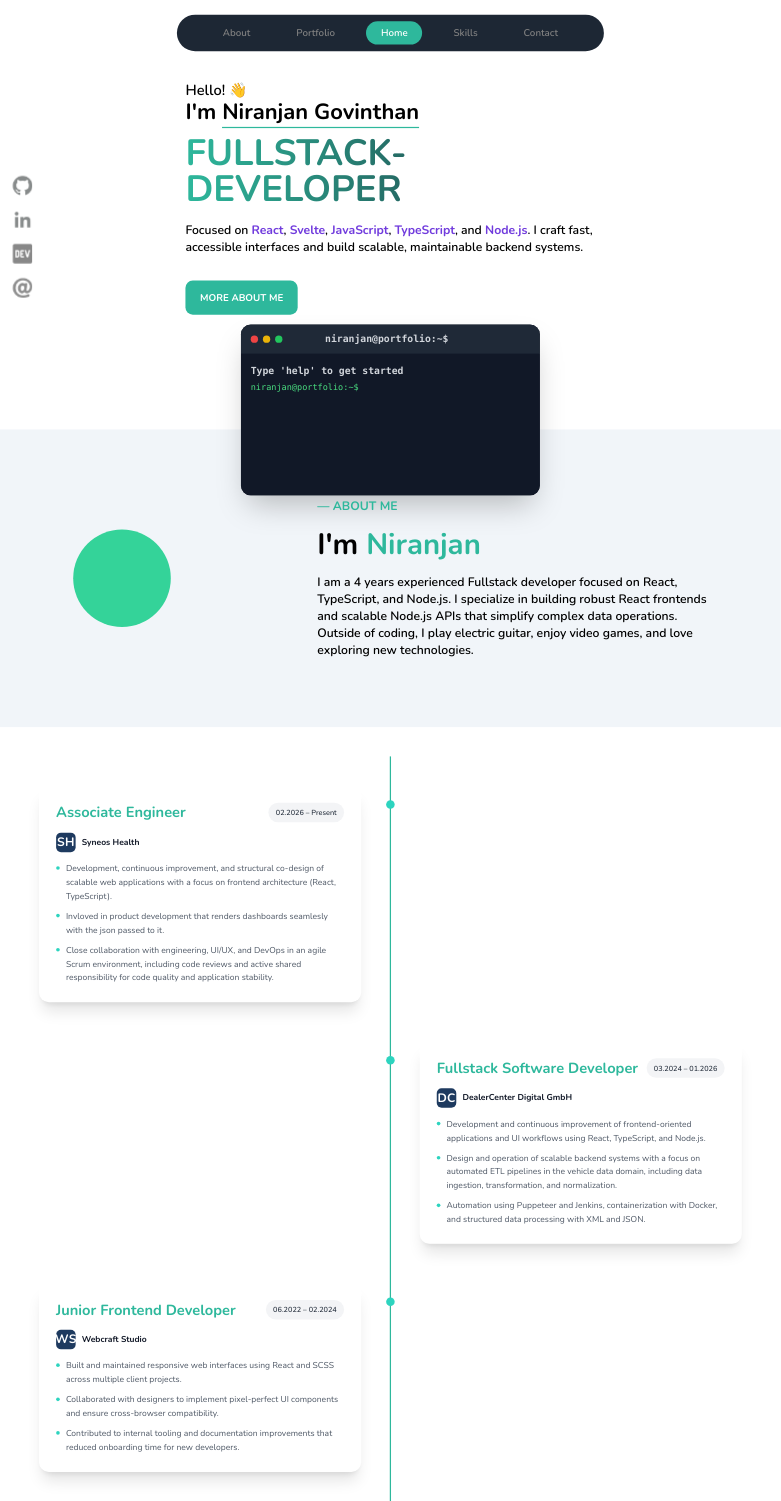
Repository: Niranjan-webdev/My-portfolio
Page: /
An editor plug-in stored every save of this project. The page is shown before and after the next save, followed by the edit.
The browser window is 1280 px wide. The pictures show the whole page, at 61% of full size.
The project was rebuilt for these pictures with package versions that can differ from the ones it lists, and the page was loaded fresh each time. Also part of the build but not shown: next.config.mjs.

Above is the page before, as saved 2026-03-21 12:17:13.

### src/index.css

body {

  margin: 0;
  font-family: "Nunito", sans-serif;
  -webkit-font-smoothing: antialiased;
  -moz-osx-font-smoothing: grayscale;
}

code {
  font-family: source-code-pro, Menlo, Monaco, Consolas, 'Courier New',
    monospace;
}

### src/App.js
import logo from './logo.svg';
import './App.css';
import { RiHeartFill } from '@remixicon/react'
import { Topnavbar, MainContainer } from './components';
// import Topnavbar from './components/Topnavbar';

function App() {
  return (
   <>
    <Topnavbar/>
    <MainContainer/>
   </>
  );
}

export default App;

### src/App.css
@import url('https://fonts.googleapis.com/css2?family=Fira+Code:wght@300..700&family=Nunito:ital,wght@0,200..1000;1,200..1000&display=swap');

@tailwind base;
@tailwind components;
@tailwind utilities;


.topbar__wrapper{
    @apply w-full flex justify-center
}
.topbar__content{
    @apply  py-2 bg-[#1d2734] mt-6 px-6 py-[18px] rounded-[30px] w-[700px]
}
.topbar__content ul {
   @apply flex justify-evenly
}
.topbar__content ul li{

}
.topbar__content ul li a{
    @apply  font-semibold py-2 px-6 rounded-full
}
/* .topbar__content ul li a:hover{
    @apply  text-lg
} */
.socialmedia__bar a img{
    @apply opacity-50
}
/* .burgerMenu span{
    @apply
} */

### src/components/index.js
export {default as Topnavbar} from "./Topnavbar"
export {default as MainContainer} from "./MainContainer"
export {default as Terminal} from "./terminal"
export {default as Timeline} from "./timeLine"
export {default as TimelineCard} from "./TimelineCard"

export {default as github} from "../assets/github-logo-dark.png"
export {default as linkedIn} from "../assets/linkedin-logo-dark.png"
export {default as DevTo} from "../assets/devto-logo-light.png"
export {default as mail} from "../assets/mail-logo-dark.5ab6061889d3fa3a24ef.png"

### src/components/Topnavbar.js
import { useState } from 'react'
import React from 'react'
import logo from '../assets/logo.svg'

function Topnavbar() {
    const [activeTab, setActiveTab] = useState('Home')
    const [isMenuOpen, setIsMenuOpen] = useState(false)

    const navItems = ['About', 'Portfolio', 'Home', 'Skills', 'Contact']

    const handleTabClick = (tabName) => {
        setActiveTab(tabName)
        console.log('Active tab changed to:', tabName)
    }
    const handleModal = () => {
        setIsMenuOpen(!isMenuOpen)
    }
    return (
        <>
            <div className='topbar__wrapper'>
                <nav className='topbar__content'>
                    <ul className=''>
                        {navItems.map((item) => (
                            <li key={item}>
                                <a
                                    onClick={() => handleTabClick(item)}
                                    className={`cursor-pointer transition-colors duration-200 ${activeTab === item
                                            ? 'bg-[#2eb89c] text-white font-semibold px-4 py-2 rounded'
                                            : 'text-[#808080] hover:text-[#2eb89c] px-4 py-2'
                                        }`}
                                >
                                    {item}
                                </a>
                            </li>
                        ))}
                    </ul>
                </nav>
            </div>
           {/* <div className='responsive__topbar fixed bg-white z-50'>
                <button className='burgerMenu fixed right-10 top-10 flex flex-col gap-[3px]'
                onClick={handleModal}>
                    <span className={`px-[12px] py-[2px] bg-black w-full rounded transition-transform duration-300
                      ${  isMenuOpen? 'rotate-45 translate-y-1.5' : ''
                    }`}
                   ></span>
                    <span className={`px-[12px] py-[2px] bg-black w-full rounded
                         ${  isMenuOpen? 'opacity-0' : ''
                }`}></span>
                    <span className={`px-[12px] py-[2px] bg-black w-full rounded transition-transform duration-300
                      ${  isMenuOpen? '-rotate-45 -translate-y-1.5' : ''
                    }`}></span>
                </button>
                <ul className={`responsive__content h-screen w-screen flex flex-col items-center justify-evenly
                ${isMenuOpen ? 'h-screen opacity-100' : 'max-h-0 opacity-0'}`}>
                {navItems.map((item) => (
                            <li key={item}>
                                <a
                                    onClick={() => handleTabClick(item)}
                                    className={"text-2xl font-bold"}>
                                    {item}
                                </a>
                            </li>
                        ))}
                </ul>
            </div>  */}
        </>
    )
}

export default Topnavbar

### src/components/MainContainer.js
import React from 'react'
import hero from '../assets/hero.png'
import logoOutline from '../assets/logo-outline.svg'
import dotcircles from '../assets/dotcircles.svg'
import { Terminal, github, linkedIn, mail, DevTo } from "./index"
import TimeLine from './timeLine'
// import OwlCarousel from 'react-owl-carousel';
// import 'owl.carousel/dist/assets/owl.carousel.css';
// import 'owl.carousel/dist/assets/owl.theme.default.css';

function MainContainer() {
    return (
        <>
            {/* Hero Banner start */}
            <section className='w-full'>
                {/* Social media bar */}
                <div className='socialmedia__bar ml-[1.3rem] fixed top-[40%] flex md:flex-col flex-col gap-6 w-[32px]'>
                    <a><img src={github} /></a>
                    <a><img src={linkedIn} /></a>
                    <a><img src={DevTo} /></a>
                    <a><img src={mail} /></a>
                </div>
                {/* Social media bar */}
                <div className='hero__banner h-[calc(100vh-100px)] flex items-center justify-around px-[5rem] py-[3rem] md:flex flex-wrap gap-4'>
                    <div className='banner__content w-3/5'>
                        <h4 className='text-2xl font-semibold'>Hello! 👋</h4>
                        <h2 className='text-4xl mb-4 font-bold'>I'm <span className='border-b-2 border-[#2eb89c]'>Niranjan Govinthan</span></h2>
                        <h1 className='text-6xl mb-6 font-bold bg-gradient-to-r from-[#2eb89c] to-[#1d2734] text-transparent bg-clip-text'>FULLSTACK-DEVELOPER</h1>
                        <p className='text-xl mb-10 font-semibold'>Focused on  <span className='text-[#713cdd] font-bold'>React</span>,  <span className='text-[#713cdd] font-bold'>Svelte</span>, <span className='text-[#713cdd] font-bold'>JavaScript</span>, <span className='text-[#713cdd] font-bold'>TypeScript</span>, and <span className='text-[#713cdd] font-bold'>Node.js</span>. I craft fast, accessible interfaces and build scalable, maintainable backend systems.</p>
                        <button className='py-4 px-6 bg-[#2eb89c] hover:bg-[#79cdb9] rounded-[12px] text-white text-base font-bold'>MORE ABOUT ME</button>
                    </div>
                    <Terminal />
                </div>
            </section>
            {/* Hero Banner end */}

            {/* About me */}
            <section className=' about__me flex bg-[#f1f5f9]'>
                <div className='about__container w-full py-[7rem] flex items-center justify-around'>
                    <div className='profile'>
                        <div className='p-20 rounded-full bg-emerald-400'></div>
                    </div>
                    <div className='about__content w-1/2'>
                        <h4 className='text-xl font-bold text-[#2eb89c] mb-6'>— ABOUT ME</h4>
                        <h2 className='text-5xl text-[#2eb89c] mb-6 font-bold'><span className='text-black'>I'm</span> Niranjan</h2>
                        <p className='text-xl font-[600]'>I am a 4 years experienced Fullstack developer focused on React, TypeScript, and Node.js. I specialize in building robust React frontends and scalable Node.js APIs that simplify complex data operations. Outside of coding, I play electric guitar, enjoy video games, and love exploring new technologies.</p>
                    </div>
                </div>

            </section>
            <TimeLine/>
            {/* About me */}
        </>
    )
}

export default MainContainer

### src/components/terminal.js
import React, { useState, useEffect, useRef } from 'react';

const Terminal = () => {
  const [input, setInput] = useState('');
  const [history, setHistory] = useState([
    { type: 'output', content: "Type 'help' to get started" }
  ]);
  const [currentPath, setCurrentPath] = useState('~');
  const [commandHistory, setCommandHistory] = useState([]);
  const [historyIndex, setHistoryIndex] = useState(-1);
  const inputRef = useRef(null);
  const terminalRef = useRef(null);

  // Sample file system structure
  const fileSystem = {
    '~': {
      type: 'directory',
      contents: {
        'projects': {
          type: 'directory',
          contents: {
            'portfolio': { type: 'directory', contents: {} },
            'blog': { type: 'directory', contents: {} },
            'README.md': { type: 'file', content: 'Welcome to my projects!' }
          }
        },
        'documents': {
          type: 'directory',
          contents: {
            'resume.pdf': { type: 'file', content: 'Resume file' },
            'notes.txt': { type: 'file', content: 'Personal notes' }
          }
        },
        'about.txt': { type: 'file', content: 'Full-stack developer passionate about creating amazing web experiences.' }
      }
    }
  };

  // Available commands
  const commands = {
    help: () => [
      'Available commands:',
      '  help     - Show this help message',
      '  clear    - Clear the terminal',
      '  ls       - List directory contents',
      '  cd       - Change directory',
      '  cat      - Display file contents',
      '  pwd      - Show current directory',
      '  whoami   - Display user information',
      '  date     - Show current date',
      '  echo     - Display text',
      '  about    - About me',
      '  skills   - My technical skills',
      '  contact  - Contact information'
    ],
    clear: () => {
      setHistory([]);
      return [];
    },
    ls: () => {
      const currentDir = getCurrentDirectory();
      if (currentDir && currentDir.contents) {
        return Object.keys(currentDir.contents).map(item => {
          const itemObj = currentDir.contents[item];
          return itemObj.type === 'directory' ? `📁 ${item}/` : `📄 ${item}`;
        });
      }
      return ['Directory not found'];
    },
    pwd: () => [currentPath],
    whoami: () => ['niranjan-dev'],
    date: () => [new Date().toString()],
    about: () => [
      'Hi! I\'m Niranjan, a Full-stack Developer',
      'Focused on JavaScript, Svelte, React, and Node.js',
      'I craft fast, accessible interfaces and build scalable,',
      'maintainable backend systems.',
      '',
      'Currently exploring new technologies and building',
      'innovative web solutions.'
    ],
    skills: () => [
      'Technical Skills:',
      '• Frontend: Svelte, React, TypeScript, JavaScript, HTML5, CSS3',
      '• Backend: Node.js, Express',
      '• Database: MongoDB',
      '• Tools: Git, Linux',
    ],
    contact: () => [
      'Get in touch:',
      '• Email: niranjan.g2k@gmail.com',
      '• GitHub: github.com/niranjanUidev',
      '• LinkedIn: linkedin.com/in/niranjan-dev',
      '• Website: niranjan-dev.de'
    ]
  };

  const getCurrentDirectory = () => {
    const pathParts = currentPath.split('/').filter(part => part !== '');
    let current = fileSystem['~'];

    for (const part of pathParts) {
      if (part === '~') continue;
      if (current.contents && current.contents[part]) {
        current = current.contents[part];
      } else {
        return null;
      }
    }
    return current;
  };

  const processCommand = (cmd) => {
    const trimmedCmd = cmd.trim();
    if (!trimmedCmd) return;

    const [command, ...args] = trimmedCmd.split(' ');

    // Add to command history
    setCommandHistory(prev => [...prev, trimmedCmd]);
    setHistoryIndex(-1);

    // Add command to history display
    setHistory(prev => [...prev, { type: 'command', content: `> ${trimmedCmd}` }]);

    if (commands[command]) {
      const result = commands[command](args);
      if (result.length > 0) {
        setHistory(prev => [...prev, { type: 'output', content: result }]);
      }
    } else if (command === 'echo') {
      setHistory(prev => [...prev, { type: 'output', content: [args.join(' ')] }]);
    } else if (command === 'cat') {
      const filename = args[0];
      const currentDir = getCurrentDirectory();
      if (currentDir && currentDir.contents && currentDir.contents[filename]) {
        const file = currentDir.contents[filename];
        if (file.type === 'file') {
          setHistory(prev => [...prev, { type: 'output', content: [file.content] }]);
        } else {
          setHistory(prev => [...prev, { type: 'output', content: [`cat: ${filename}: Is a directory`] }]);
        }
      } else {
        setHistory(prev => [...prev, { type: 'output', content: [`cat: ${filename}: No such file or directory`] }]);
      }
    } else if (command === 'cd') {
      const dir = args[0] || '~';
      if (dir === '~') {
        setCurrentPath('~');
      } else if (dir === '..') {
        const pathParts = currentPath.split('/').filter(part => part !== '');
        pathParts.pop();
        setCurrentPath(pathParts.length > 0 ? pathParts.join('/') : '~');
      } else {
        const currentDir = getCurrentDirectory();
        if (currentDir && currentDir.contents && currentDir.contents[dir] && currentDir.contents[dir].type === 'directory') {
          setCurrentPath(currentPath === '~' ? dir : `${currentPath}/${dir}`);
        } else {
          setHistory(prev => [...prev, { type: 'output', content: [`cd: ${dir}: No such file or directory`] }]);
        }
      }
    } else {
      setHistory(prev => [...prev, { type: 'output', content: [`Command not found: ${command}. Type 'help' for available commands.`] }]);
    }
  };

  const handleKeyDown = (e) => {
    if (e.key === 'Enter') {
      e.preventDefault();
      processCommand(input);
      setInput('');
    } else if (e.key === 'ArrowUp') {
      e.preventDefault();
      if (commandHistory.length > 0) {
        const newIndex = historyIndex === -1 ? commandHistory.length - 1 : Math.max(0, historyIndex - 1);
        setHistoryIndex(newIndex);
        setInput(commandHistory[newIndex]);
      }
    } else if (e.key === 'ArrowDown') {
      e.preventDefault();
      if (historyIndex !== -1) {
        const newIndex = historyIndex + 1;
        if (newIndex >= commandHistory.length) {
          setHistoryIndex(-1);
          setInput('');
        } else {
          setHistoryIndex(newIndex);
          setInput(commandHistory[newIndex]);
        }
      }
    }
  };

  const handleTerminalClick = () => {
    inputRef.current?.focus();
  };

  useEffect(() => {
    if (terminalRef.current) {
      terminalRef.current.scrollTop = terminalRef.current.scrollHeight;
    }
  }, [history]);

  useEffect(() => {
    inputRef.current?.focus();
  }, []);

  return (
    <div className="w-full max-w-[490px] max-h-[280px] bg-gray-900 rounded-[16px] shadow-2xl overflow-hidden">
      {/* Terminal Header */}
      <div className="bg-gray-800 px-4 py-3 flex items-center justify-between">
        <div className="flex items-center space-x-2">
          <div className="w-3 h-3 bg-red-500 rounded-full"></div>
          <div className="w-3 h-3 bg-yellow-500 rounded-full"></div>
          <div className="w-3 h-3 bg-green-500 rounded-full"></div>
        </div>
        <div className="text-gray-300 text-base font-bold font-mono">
          niranjan@portfolio:~$
        </div>
        <div className="w-16"></div>
      </div>

      {/* Terminal Content */}
      <div
        ref={terminalRef}
        className="bg-gray-900 text-green-400 font-mono text-sm p-4 h-96 cursor-text overflow-y-auto"
        onClick={handleTerminalClick}
      >
        {history.map((item, index) => (
          <div key={index} className="mb-1">
            {item.type === 'command' ? (
              <div className="text-green-500 text-base font-bold">{item.content}</div>
            ) : (
              <div className="text-gray-300 text-base font-bold">
                {Array.isArray(item.content) ? (
                  item.content.map((line, lineIndex) => (
                    <div key={lineIndex}>{line}</div>
                  ))
                ) : (
                  <div>{item.content}</div>
                )}
              </div>
            )}
          </div>
        ))}

        {/* Input Line */}
        <div className="flex items-center">
          <span className="text-green-400 mr-2">
            niranjan@portfolio:{currentPath}$
          </span>
          <input
            ref={inputRef}
            type="text"
            value={input}
            onChange={(e) => setInput(e.target.value)}
            onKeyDown={handleKeyDown}
            className="flex-1 bg-transparent text-green-400 outline-none font-mono"
            autoComplete="off"
            spellCheck="false"
          />
          {/* <span className="text-green-400 animate-pulse">█</span> */}
        </div>
      </div>
    </div>
  );
};

export default Terminal;

### src/components/timeLine.js
import React from 'react';
import TimelineCard from './TimelineCard';

const timelineData = [
  {
    date: '02.2026 – Present',
    title: 'Associate Engineer',
    company: 'Syneos Health',
    companyInitials: 'SH',
    bullets: [
      'Development, continuous improvement, and structural co-design of scalable web applications with a focus on frontend architecture (React, TypeScript).',
      'Invloved in product development that renders dashboards seamlesly with the json passed to it.',
      'Close collaboration with engineering, UI/UX, and DevOps in an agile Scrum environment, including code reviews and active shared responsibility for code quality and application stability.',
    ],
    side: 'left',
  },
  {
    date: '03.2024 – 01.2026',
    title: 'Fullstack Software Developer',
    company: 'DealerCenter Digital GmbH',
    companyInitials: 'DC',
    bullets: [
      'Development and continuous improvement of frontend-oriented applications and UI workflows using React, TypeScript, and Node.js.',
      'Design and operation of scalable backend systems with a focus on automated ETL pipelines in the vehicle data domain, including data ingestion, transformation, and normalization.',
      'Automation using Puppeteer and Jenkins, containerization with Docker, and structured data processing with XML and JSON.',
    ],
    side: 'right',
  },
  {
    date: '06.2022 – 02.2024',
    title: 'Junior Frontend Developer',
    company: 'Webcraft Studio',
    companyInitials: 'WS',
    bullets: [
      'Built and maintained responsive web interfaces using React and SCSS across multiple client projects.',
      'Collaborated with designers to implement pixel-perfect UI components and ensure cross-browser compatibility.',
      'Contributed to internal tooling and documentation improvements that reduced onboarding time for new developers.',
    ],
    side: 'left',
  },
];

function TimeLine() {
  return (
    <div className="relative w-full py-12 mt-[3rem] px-[4rem]">
      {/* Central vertical line */}
      <div className="absolute left-1/2  top-0 bottom-0 w-[2px] bg-[#2eb89c] -translate-x-1/2" />

      <div className="flex flex-col gap-16 relative">
        {timelineData.map((item, i) => (
          <TimelineCard key={i} item={item} />
        ))}
      </div>
    </div>
  );
}

export default TimeLine;

### src/components/TimelineCard.js
import React from 'react';

function TimelineCard({ item }) {
    const isLeft = item.side === 'left';

    const Card = (
      <div className="bg-white rounded-2xl p-7 shadow-xl hover:shadow-2xl transition-shadow duration-200">
        {/* Header: title + date badge */}
        <div className="flex items-start justify-between gap-3 flex-wrap mb-4">
          <h3 className="text-[#2eb89c] font-bold text-2xl leading-snug m-0">
            {item.title}
          </h3>
          <span className="bg-gray-100 text-gray-800 text-xs font-medium px-3 py-2 rounded-full whitespace-nowrap shrink-0">
            {item.date}
          </span>
        </div>

        {/* Company */}
        <div className="flex items-center gap-2.5 mb-4">
          <div className="w-8 h-8 rounded-lg bg-[#1e3a5f] text-white text-[20px] font-bold flex items-center justify-center tracking-wide shrink-0">
            {item.companyInitials}
          </div>
          <span className="text-sm font-bold text-gray-900">{item.company}</span>
        </div>

        {/* Bullets */}
        <ul className="flex flex-col gap-2.5 p-0 m-0 list-none">
          {item.bullets.map((b, i) => (
            <li key={i} className="flex gap-2.5 text-sm text-gray-600 leading-relaxed">
              <span className="w-1.5 h-1.5 rounded-full bg-[#2dd4bf] shrink-0 mt-[7px]" />
              <span>{b}</span>
            </li>
          ))}
        </ul>
      </div>
    );

    return (
      <div className="grid grid-cols-[1fr_48px_1fr] items-start relative">
        {isLeft ? (
          <>
            <div className="pr-6">{Card}</div>
            <div className="flex justify-center pt-6 z-10">
            <div className="w-3.5 h-3.5 rounded-full bg-[#2dd4bf] shrink-0" />
            </div>
            <div />
          </>
        ) : (
          <>
            <div />
            <div className="flex justify-center pt-6 z-10">
            <div className="w-3.5 h-3.5 rounded-full bg-[#2dd4bf] shrink-0" />
            </div>
            <div className="pl-6">{Card}</div>
          </>
        )}
      </div>
    );
  }

  export default TimelineCard;

### tailwind.config.js
/** @type {import('tailwindcss').Config} */
module.exports = {
  content: [
    "./src/**/*.{js,jsx,ts,tsx}",
  ],
  theme: {
    container: {
      margin: "3rem",
    },
    extend: {},
  },
  plugins: [],
}

Loaded but not shown: public/index.html (common file); src/index.js (common file); src/reportWebVitals.js (common file)

After the next save:
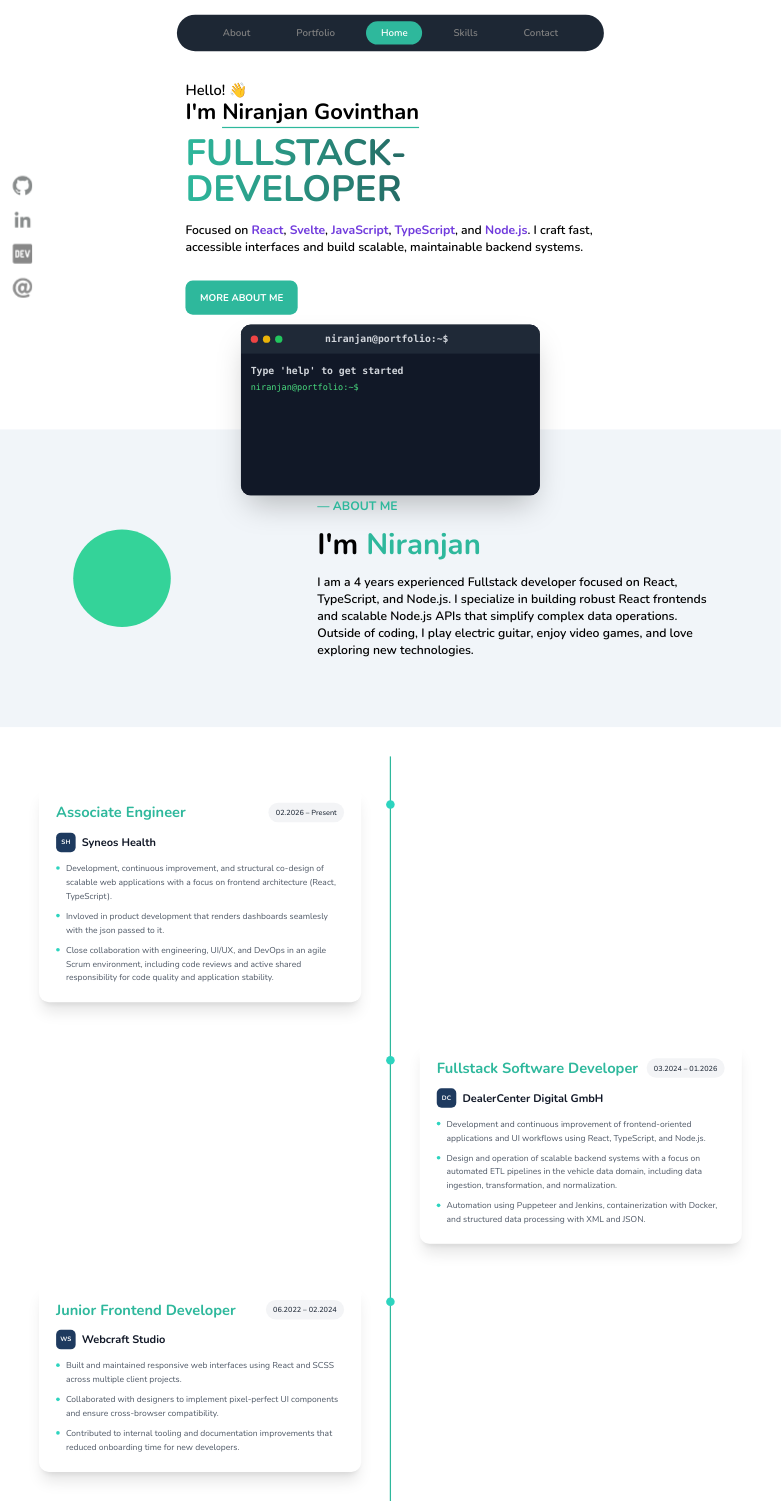
Saved 9 s later.
--- a/src/components/TimelineCard.js
+++ b/src/components/TimelineCard.js
@@ -17,10 +17,10 @@ function TimelineCard({ item }) {
 
         {/* Company */}
         <div className="flex items-center gap-2.5 mb-4">
-          <div className="w-8 h-8 rounded-lg bg-[#1e3a5f] text-white text-[20px] font-bold flex items-center justify-center tracking-wide shrink-0">
+          <div className="w-8 h-8 rounded-lg bg-[#1e3a5f] text-white text-[0.65rem] font-bold flex items-center justify-center tracking-wide shrink-0">
             {item.companyInitials}
           </div>
-          <span className="text-sm font-bold text-gray-900">{item.company}</span>
+          <span className="text-lg font-bold text-gray-900">{item.company}</span>
         </div>
 
         {/* Bullets */}
